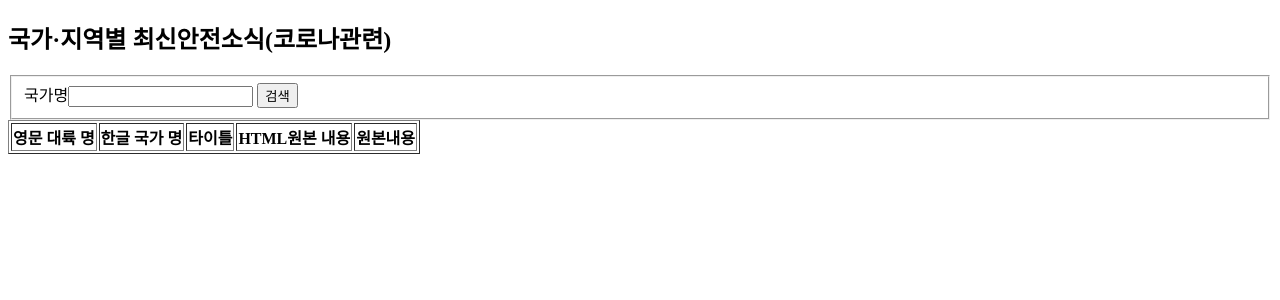
Repository: Sewoong-Lee/jsp
Page: http://localhost/jsp05_api/view/02_xml_json.jsp
An editor plug-in stored every save of this project. The page is shown before and after the next save, followed by the edit.
The browser window is 1280 px wide. The pictures show the whole page.
The page is served by Tomcat 9.

Above is the page before, as saved 2021-06-25 08:25:58.

After the next save:
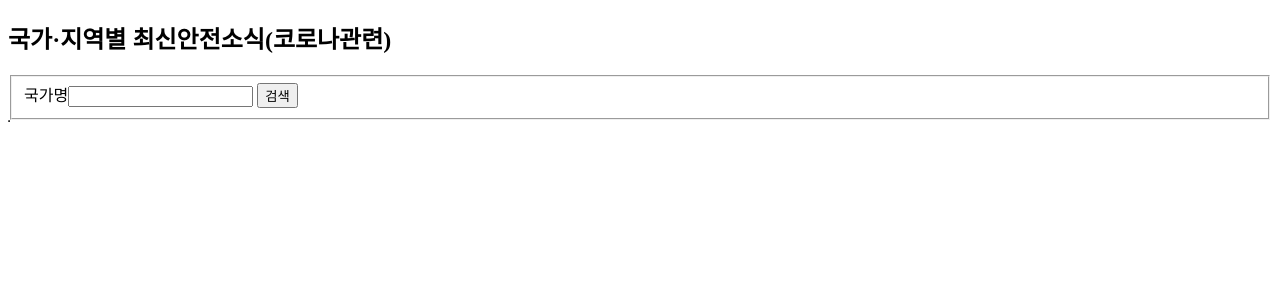
Saved 2 min 34 s later.
--- a/source/jsp05_api/WebContent/view/02_xml_json.jsp
+++ b/source/jsp05_api/WebContent/view/02_xml_json.jsp
@@ -19,22 +19,28 @@
 	</form>
 
 	<table border="1">
+		<c:forEach var="clist" items="${clist}">
 			<tr>
 				<th>영문 대륙 명</th>
-				<th>한글 국가 명</th>
-				<th>타이틀</th>
-				<th>HTML원본 내용</th>
-				<th>원본내용</th>
-			</tr>
-			<c:forEach var="clist" items="${clist}">
-			<tr>
-				<td>${clist.txt_origin_cn}</td>
-				<td>${clist.country_nm}</td>
-				<td>${clist.title}</td>
-				<td>${clist.html_origin_cn}</td>
 				<td>${clist.txt_origin_cn}</td>
 			</tr>
-			</c:forEach>
-		</table>
+			<tr>
+				<th>한글 국가 명</th>
+				<td>${clist.country_nm}</td>
+			</tr>
+			<tr>
+				<th>타이틀</th>
+				<td>${clist.title}</td>
+			</tr>
+			<tr>
+				<th>HTML원본 내용</th>
+				<td>${clist.html_origin_cn}</td>
+			</tr>
+			<tr>
+				<th>원본내용</th>
+				<td>${clist.txt_origin_cn}</td>
+			</tr>
+		</c:forEach>
+	</table>
 </body>
 </html>
